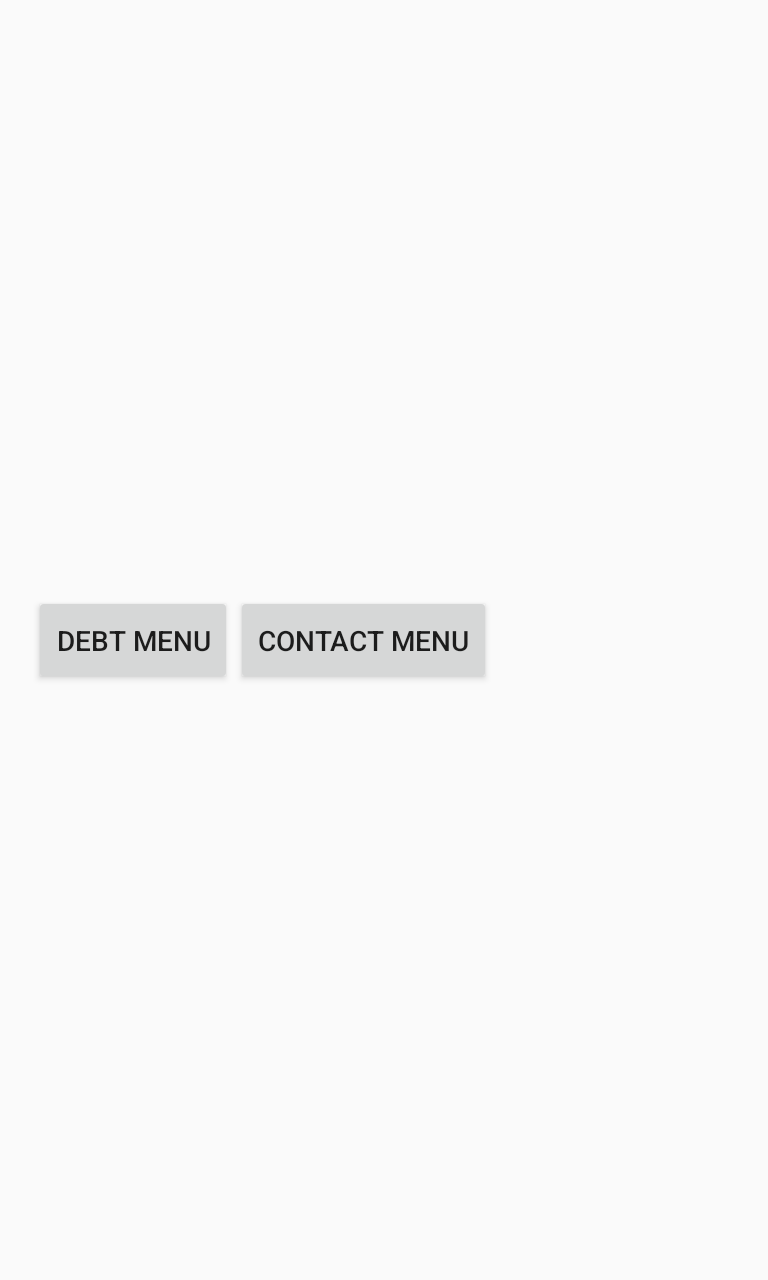
Repository: wisingd/Dajoroli
Layout: Workspace/SplitIt/res/layout/fragment_main.xml
These files come from the project's save history. The layout is drawn as it stood at one moment and after the next save; the edit follows.
It is drawn on a 768 x 1280 px phone screen (xhdpi) without system bars, with theme AppTheme; the app's code is not run.

Above is the layout before, as saved 2014-05-07 11:08:52.

### Workspace/SplitIt/res/layout/fragment_main.xml
<?xml version="1.0" encoding="utf-8"?>
<RelativeLayout xmlns:android="http://schemas.android.com/apk/res/android"
    xmlns:tools="http://schemas.android.com/tools"
    android:layout_width="match_parent"
    android:layout_height="match_parent"
    android:paddingLeft="16dp"
    android:paddingRight="16dp" >

    <LinearLayout
        android:layout_width="match_parent"
        android:layout_height="wrap_content"
        android:orientation="horizontal"
        android:layout_centerVertical="true">


        <Button
            android:layout_width="wrap_content"
            android:layout_height="wrap_content"
            android:onClick="startDebtMenu"
            android:text="@string/startDebtMenu" />

        <Button
            android:layout_width="wrap_content"
            android:layout_height="wrap_content"
            android:onClick="startContactMenu"
            android:text="@string/startContactMenu" />
    </LinearLayout>

</RelativeLayout>

### Workspace/SplitIt/res/values/strings.xml
<?xml version="1.0" encoding="utf-8"?>
<resources>

    <string name="app_name">Split It</string>
    <string name="action_settings">Settings</string>
    <string name="edit_message">Contact name</string>
    <string name="button_send">Create contact!</string>
    <string name="title_activity_display_message">New Activity</string>
    <string name="information_text">Amount to the left, contact to the right</string>
    <string name="view_contacts">View contacts</string>
    <string name="amount">Amount</string>
    <string name="contact">Name</string>
    <string name="they_owe_me">They owe me</string>
    <string name="i_owe_them">I owe them</string>
    <string name="startDebtMenu">Debt menu</string>
    <string name="startContactMenu">Contact menu</string>



</resources>

Loaded but not shown: Workspace/SplitIt/res/values/styles.xml (common file); Workspace/SplitIt/res/values-v11/styles.xml (common file); Workspace/SplitIt/res/values-v14/styles.xml (common file)

After the next save:
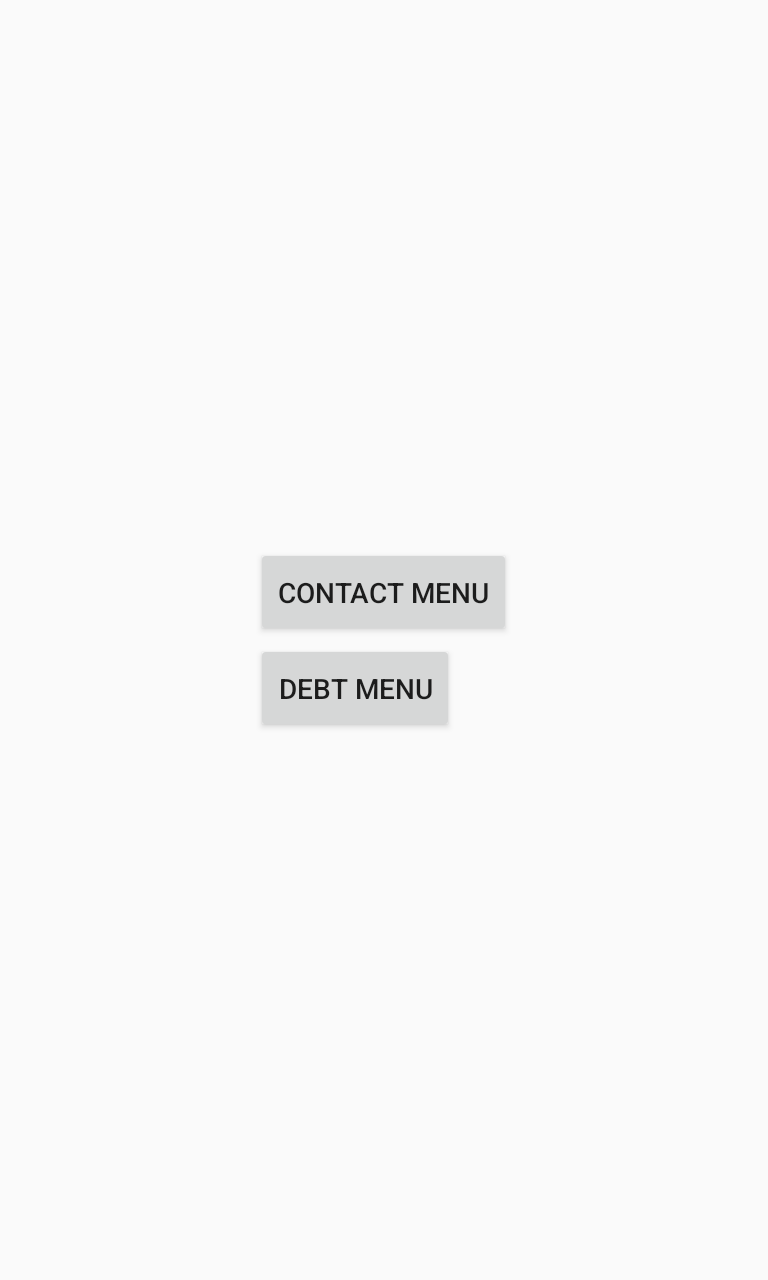
Saved 2 min 38 s later.
--- a/Workspace/SplitIt/res/layout/fragment_main.xml
+++ b/Workspace/SplitIt/res/layout/fragment_main.xml
@@ -7,10 +7,19 @@
     android:paddingRight="16dp" >
 
     <LinearLayout
-        android:layout_width="match_parent"
+        android:layout_width="wrap_content"
         android:layout_height="wrap_content"
-        android:orientation="horizontal"
-        android:layout_centerVertical="true">
+        android:orientation="vertical"
+        android:layout_centerVertical="true"
+        android:layout_centerHorizontal="true">
+
+
+
+        <Button
+            android:layout_width="wrap_content"
+            android:layout_height="wrap_content"
+            android:onClick="startContactMenu"
+            android:text="@string/startContactMenu" />
 
 
         <Button
@@ -18,12 +27,6 @@
             android:layout_height="wrap_content"
             android:onClick="startDebtMenu"
             android:text="@string/startDebtMenu" />
-
-        <Button
-            android:layout_width="wrap_content"
-            android:layout_height="wrap_content"
-            android:onClick="startContactMenu"
-            android:text="@string/startContactMenu" />
     </LinearLayout>
 
 </RelativeLayout>
